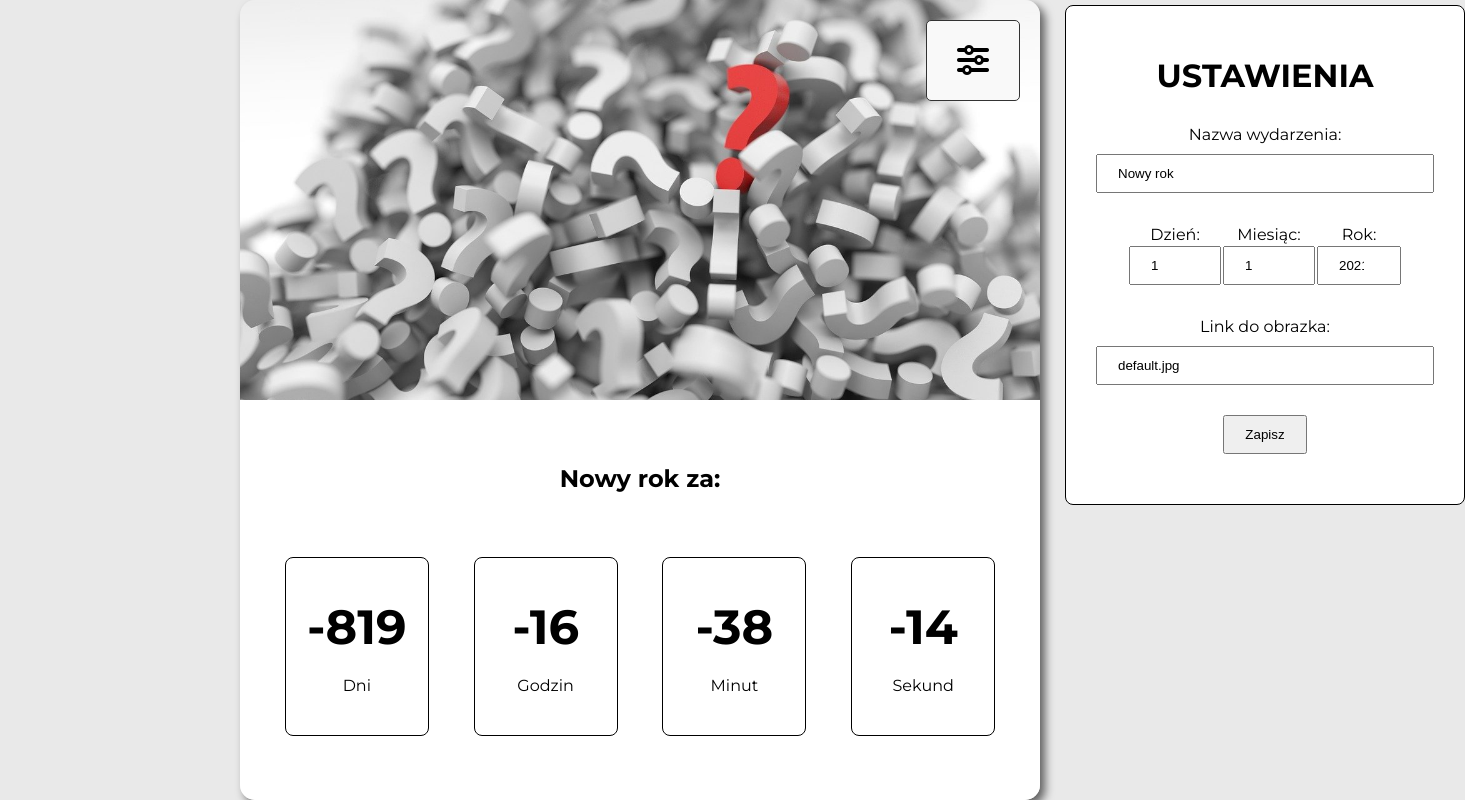
Repository: kimi1723/Countdown-timer
Page: index.html
An editor plug-in stored every save of this project. The page is shown before and after the next save, followed by the edit.
The browser window is 1280 px wide. The page is 1465 px wide, so the pictures cover 1465 px, including what lies to the right of the window. The pictures show the whole page.
Some web libraries are served in a nearby version.

Above is the page before, as saved 2023-03-30 15:39:04.

### index.html
<!DOCTYPE html>
<html lang="pl">

<head>
    <meta charset="UTF-8">
    <meta name="viewport" content="width=device-width, initial-scale=1.0">
    <title>Czaso-odliczator</title>

    <link href="https://fonts.googleapis.com/css?family=Montserrat:200,400,700&display=swap&subset=latin-ext"
        rel="stylesheet">

    <link rel="stylesheet" href="/dist/css/style.min.css">
    <script src="https://kit.fontawesome.com/b106b5fdab.js" crossorigin="anonymous"></script>
</head>

<body>


    <div class="counter-app">

        <div class="settings active">
            <h1>ustawienia</h1>
            <label for="event-name">Nazwa wydarzenia:</label>
            <input type="text" id="event-name" value="Nowy rok">
            <table class="date">
                <tr>
                    <td><label for="event-day">Dzień:</label></td>
                    <td><label for="event-month">Miesiąc:</label></td>
                    <td><label for="event-year">Rok:</label></td>
                </tr>
                <tr>
                    <td><input type="number" id="event-day" min="1" max="31" value="1"></td>
                    <td><input type="number" id="event-month" min="1" max="12" value="1"></td>
                    <td><input type="number" id="event-year" min="1" max="4" value="2021"></td>
                </tr>
            </table>
            <label for="event-image">Link do obrazka:</label>
            <input type="text" id="event-image" value="default.jpg">

            <button class="save">Zapisz</button>

        </div>


        <div class="app-body">
            <div class="image-section">
                <div class="settings-btn"><i class="fas fa-sliders-h"></i></div>
            </div>
            <div class="time-section">
                <h3><span class="event">Nowy rok</span> za:</h3>
                <div class="time-cards">
                    <div class="card">
                        <p class="days-count number">1</p>
                        <p class="card-title">Dni</p>
                    </div>
                    <div class="card">
                        <p class="hours-count number">23</p>
                        <p class="card-title">Godzin</p>
                    </div>
                    <div class="card">
                        <p class="minutes-count number">48</p>
                        <p class="card-title">Minut</p>
                    </div>
                    <div class="card">
                        <p class="seconds-count number">35</p>
                        <p class="card-title">Sekund</p>
                    </div>
                </div>
            </div>
        </div>



    </div>




    <script src="/dist/js/app.min.js"></script>
</body>

</html>

Loaded but not shown: dist/css/style.min.css (library); dist/js/app.min.js (library)

After the next save:
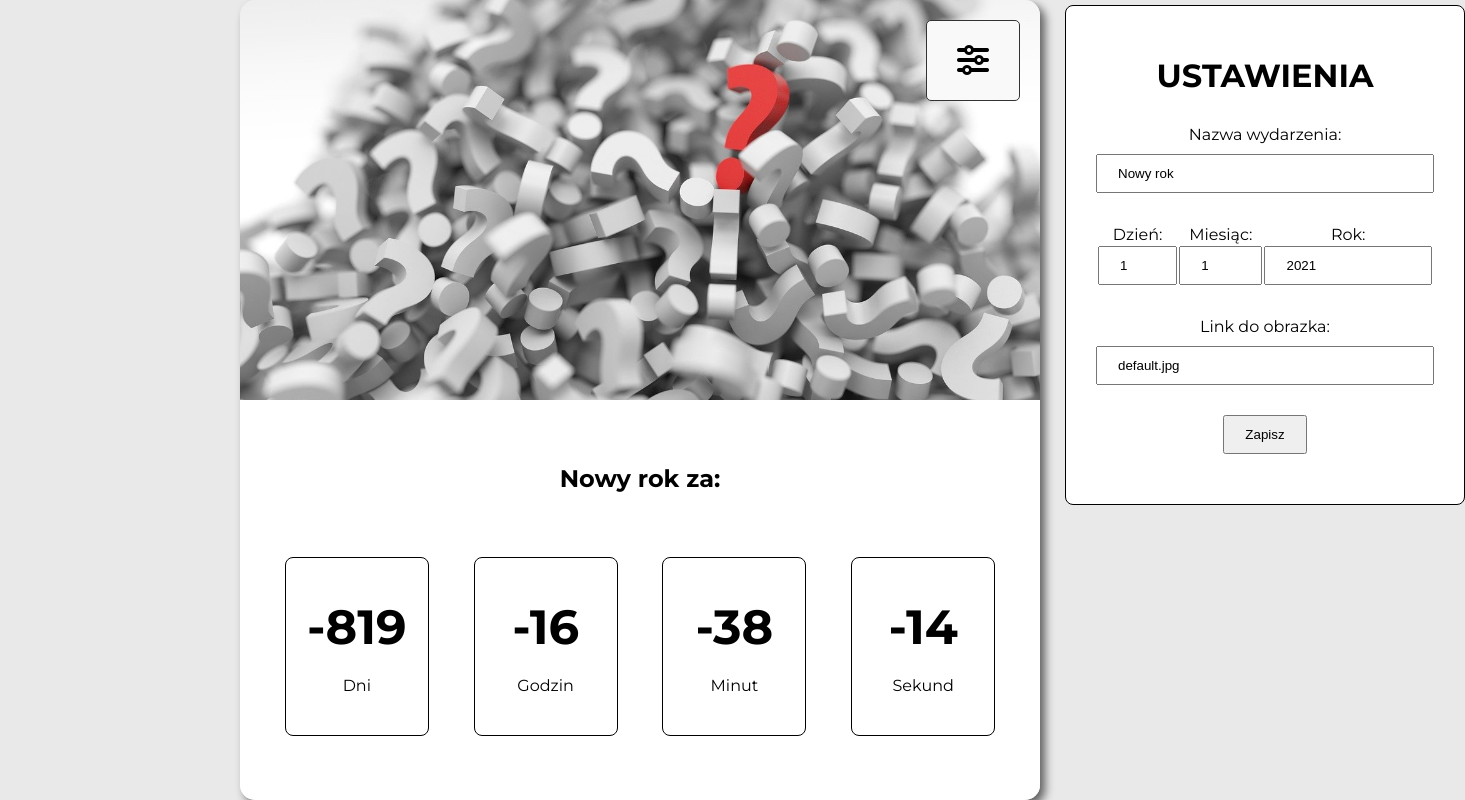
Saved 34 s later.
--- a/index.html
+++ b/index.html
@@ -31,7 +31,7 @@
                 <tr>
                     <td><input type="number" id="event-day" min="1" max="31" value="1"></td>
                     <td><input type="number" id="event-month" min="1" max="12" value="1"></td>
-                    <td><input type="number" id="event-year" min="1" max="4" value="2021"></td>
+                    <td><input type="number" id="event-year" min="1" value="2021"></td>
                 </tr>
             </table>
             <label for="event-image">Link do obrazka:</label>
